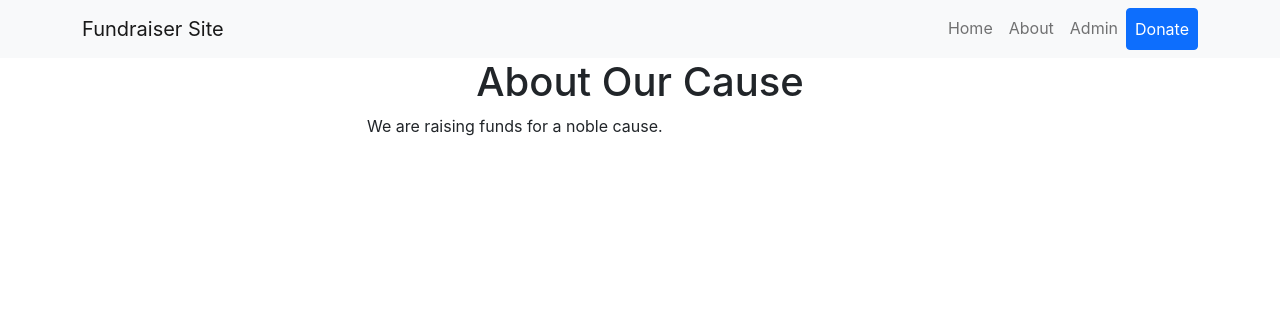
Repository: DragonFruit8/Fundraiser-Page
Page: /about
The author's editor kept a copy of each file at every save. The page is drawn from the files as they stood at one save, then again after the next save.
The browser window is 1280 px wide. The pictures show the whole page.
The project was rebuilt for these pictures with package versions that can differ from the ones it lists, and the page was loaded fresh each time. Also part of the build but not shown: src/pages/Home.js, src/pages/Donate.js, src/pages/Admin.js.

Above is the page before, as saved 2024-07-19 12:44:36.

### public/index.html
<!DOCTYPE html>
<html lang="en">
  <head>
    <meta charset="utf-8" />
    <link rel="icon" href="%PUBLIC_URL%/favicon.ico" />
    <meta name="viewport" content="width=device-width, initial-scale=1" />
    <meta name="theme-color" content="#000000" />
    <meta
      name="description"
      content="Web site created using create-react-app"
    />
    <link rel="apple-touch-icon" href="%PUBLIC_URL%/logo192.png" />
    <link
      href="https://cdn.jsdelivr.net/npm/bootstrap@5.0.2/dist/css/bootstrap.min.css"
      rel="stylesheet"
      integrity="sha384-EVSTQN3/azprG1Anm3QDgpJLIm9Nao0Yz1ztcQTwFspd3yD65VohhpuuCOmLASjC"
      crossorigin="anonymous"
    />
    <!--
      manifest.json provides metadata used when your web app is installed on a
      user's mobile device or desktop. See https://developers.google.com/web/fundamentals/web-app-manifest/
    -->
    <link rel="manifest" href="%PUBLIC_URL%/manifest.json" />
    <!--
      Notice the use of %PUBLIC_URL% in the tags above.
      It will be replaced with the URL of the `public` folder during the build.
      Only files inside the `public` folder can be referenced from the HTML.

      Unlike "/favicon.ico" or "favicon.ico", "%PUBLIC_URL%/favicon.ico" will
      work correctly both with client-side routing and a non-root public URL.
      Learn how to configure a non-root public URL by running `npm run build`.
    -->
    <title>React App</title>
  </head>
  <body>
    <noscript>You need to enable JavaScript to run this app.</noscript>
    <div id="root"></div>
    <!--
      This HTML file is a template.
      If you open it directly in the browser, you will see an empty page.

      You can add webfonts, meta tags, or analytics to this file.
      The build step will place the bundled scripts into the <body> tag.

      To begin the development, run `npm start` or `yarn start`.
      To create a production bundle, use `npm run build` or `yarn build`.
    -->
    <script
      src="https://cdn.jsdelivr.net/npm/bootstrap@5.0.2/dist/js/bootstrap.bundle.min.js"
      integrity="sha384-MrcW6ZMFYlzcLA8Nl+NtUVF0sA7MsXsP1UyJoMp4YLEuNSfAP+JcXn/tWtIaxVXM"
      crossorigin="anonymous"
    ></script>
    <script
      src="https://cdn.jsdelivr.net/npm/@popperjs/core@2.9.2/dist/umd/popper.min.js"
      integrity="sha384-IQsoLXl5PILFhosVNubq5LC7Qb9DXgDA9i+tQ8Zj3iwWAwPtgFTxbJ8NT4GN1R8p"
      crossorigin="anonymous"
    ></script>
    <script
      src="https://cdn.jsdelivr.net/npm/bootstrap@5.0.2/dist/js/bootstrap.min.js"
      integrity="sha384-cVKIPhGWiC2Al4u+LWgxfKTRIcfu0JTxR+EQDz/bgldoEyl4H0zUF0QKbrJ0EcQF"
      crossorigin="anonymous"
    ></script>
  </body>
</html>

### src/App.js
import React from 'react';
import { BrowserRouter as Router, Route, Routes } from 'react-router-dom';
import Home from './pages/Home';
import About from './pages/About';
import Donate from './pages/Donate';
import Admin from './pages/Admin';
import Navbar from './components/Navbar';

const App = () => {
  return (
    <Router>
      <Navbar />
      <Routes>
        <Route path="/" element={<Home />} />
        <Route path="/about" element={<About />} />
        <Route path="/donate" element={<Donate />} />
        <Route path="/admin" element={<Admin />} />
      </Routes>
    </Router>
  );
};

export default App;

### src/pages/About.js
import React from 'react';

const About = () => {
    return (
        <div className="container">
            <h1 className="text-center">About Our Cause</h1>
            <div className="row justify-content-center">
                <div className="col-md-6">
                    <p>We are raising funds for a noble cause.</p>
                </div>
            </div>
        </div>
    );
};

export default About;

### src/components/Navbar.js
import React from 'react';
import { Link } from 'react-router-dom';

const Navbar = () => {
    return (
        <nav className="navbar navbar-expand-lg navbar-light bg-light">
            <div className="container">
                <Link className="navbar-brand" to="/">Fundraiser Site</Link>
                <button className="navbar-toggler" type="button" data-bs-toggle="collapse" data-bs-target="#navbarNav" aria-controls="navbarNav" aria-expanded="false" aria-label="Toggle navigation">
                    <span className="navbar-toggler-icon"></span>
                </button>
                <div className="collapse navbar-collapse" id="navbarNav">
                    <ul className="navbar-nav ms-auto">
                        <li className="nav-item">
                            <Link className="nav-link" to="/">Home</Link>
                        </li>
                        <li className="nav-item">
                            <Link className="nav-link" to="/about">About</Link>
                        </li>
                        <li className="nav-item">
                            <Link className="nav-link" to="/admin">Admin</Link>
                        </li>
                        <li className="nav-item">
                            <Link className="nav-link btn btn-primary text-white" to="/donate">Donate</Link>
                        </li>
                    </ul>
                </div>
            </div>
        </nav>
    );
}

export default Navbar;

Loaded but not shown: src/index.js (common file); src/index.css (common file)

After the next save:
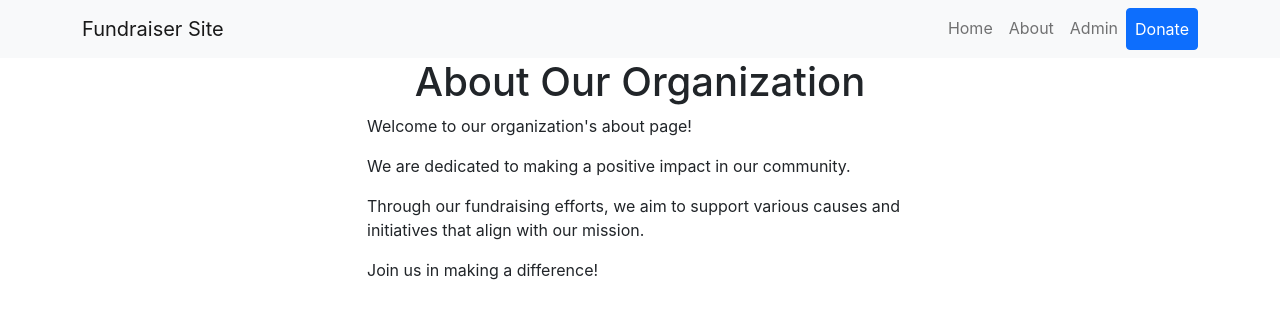
Saved 47 s later.
--- a/src/pages/About.js
+++ b/src/pages/About.js
@@ -3,10 +3,13 @@ import React from 'react';
 const About = () => {
     return (
         <div className="container">
-            <h1 className="text-center">About Our Cause</h1>
+            <h1 className="text-center">About Our Organization</h1>
             <div className="row justify-content-center">
                 <div className="col-md-6">
-                    <p>We are raising funds for a noble cause.</p>
+                    <p>Welcome to our organization's about page!</p>
+                    <p>We are dedicated to making a positive impact in our community.</p>
+                    <p>Through our fundraising efforts, we aim to support various causes and initiatives that align with our mission.</p>
+                    <p>Join us in making a difference!</p>
                 </div>
             </div>
         </div>
